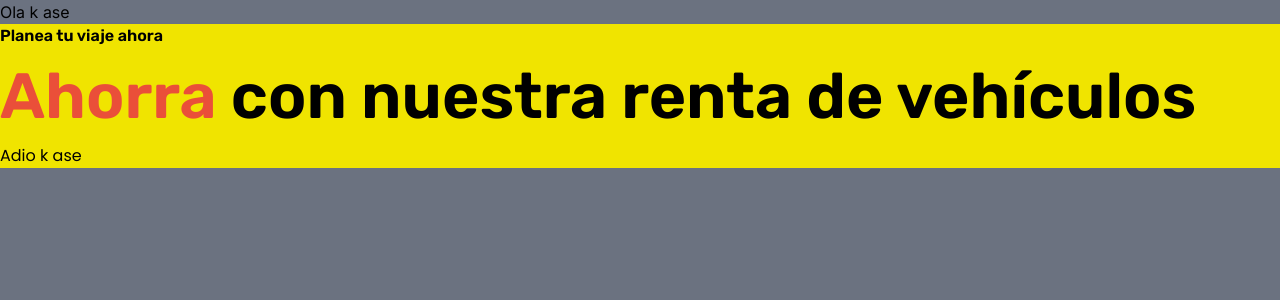
Repository: aldovelacasas/PF_RentCar2
Page: /homePage
These files come from the project's save history. The page is drawn as it stood at one moment and after the next save; the edit follows.
The browser window is 1280 px wide. The pictures show the whole page.
The project was rebuilt for these pictures with package versions that can differ from the ones it lists, and the page was loaded fresh each time. The framework's server and built-in components were replaced by stand-ins that run in the browser. Also part of the build but not shown: next.config.js.

Above is the page before, as saved 2023-08-29 18:53:31.

### src/app/layout.jsx
import "./globals.css";
import { Inter } from "next/font/google";

const inter = Inter({ subsets: ["latin"] });

export const metadata = {
  title: "Create Next App",
  description: "Generated by create next app",
};

export default function RootLayout({ children }) {
  return (
    <html lang="en">
      <body className={inter.className}>
        <h1>Ola k ase</h1>
        <div className="h-[calc(100vh-5rem)]">{children}</div>
      </body>
    </html>
  );
}

### src/app/homePage/page.jsx
import { Rubik, Poppins } from "next/font/google";

const fontRubik = Rubik({
  weight: "600",
  subsets: ["latin"],
});

const fontPoppins = Poppins({
  weight: "400",
  subsets: ["latin"],
});
const poppins = fontPoppins.className;
const rubik = fontRubik.className;

function HomePage() {
  return (
    <div className={`bg-amarillo_status ${rubik}`}>
      <p className={`${poppins.className}`}>Planea tu viaje ahora</p>
      <h1 className="text-[4em]">
        <span className="text-naranja_enf">Ahorra </span>con nuestra renta de
        vehículos
      </h1>
      <div>
        <p className={`${poppins}`}>Adio k ase</p>
      </div>
    </div>
  );
}

export default HomePage;

### src/app/api/products/[id]/route.js
import { NextResponse } from "next/server";
import {conn} from "@/libs/mysql"

export async function GET(request,{params}){
  try {
    const result = await conn.query("SELECT * FROM product WHERE id = ?", [params.id])
    if(result.length === 0 ){
        return NextResponse.json(
         {
            message: "producto no encontrado",
         },
         {
            status:404,
         }
        );
    }
    return NextResponse.json(result[0])
  } catch (error) {
    return NextResponse.json(
        {
            message:error.message,
        },
        {status: 500}
    )
  }
}

export async function DELETE (request,{params} ){
    try {
     const result = await conn.query("DELETE FROM product WHERE id = ?", [params.id]);
     if(result.affectedRows === 0){
         return NextResponse.json({message:"Producto no encontrado"},{status:404})
     }

     return new Response (null, {status: 204})
 } catch (error) {
     return NextResponse.json({message:error.message},{status:500})
 }
    }

export async  function PUT(request, {params}){
   try {
    const data = await request.json()
    const result = await conn.query("UPDATE product SET ? WHERE id = ?", [data , params.id])

    if (result.affectedRows === 0) {
        return NextResponse.json(
        {
            message: "producto no encontrado",
        },
        {
            status: 400,
        }
        )
    }
     const updateProduct = await conn.query("SELECT * FROM product WHERE id = ?", [params.id])

  return NextResponse.json(updateProduct[0])

   } catch (error) {
    return NextResponse.json(
        {
            message: error.message,
        },
        { status: 500}
    )
   }
}

### src/app/api/products/route.js
import { NextResponse } from "next/server";
import {conn} from "@/libs/mysql";

export async function GET(){
    try {
        const results = await conn.query("SELECT * FROM product");
        return NextResponse.json(results)

    } catch (error) {
        return NextResponse.json(
        {
          message: error.message,
        },
        {
            status:500,
        }

        );
    }
}

    export async function POST (request) {
  try {
    const {name, price, year, model, capacity, type, description, image, transmission,  }= await request.json();

    const result  = await conn.query("INSERT INTO product SET ?", {
        name,
        price,
        year,
        model,
        capacity,
        type,
        transmission,
        image,
        description

    })

    return NextResponse.json({
        name,
        price,
        year,
        model,
        capacity,
        type,
        transmission,
        image,
        description,
        id: result.insertId,

    })

  } catch (error) {
    console.log(error);
    return NextResponse.json(
    {
        message: error.message,
    },
    {
        status:500,
    }
    );
  }

}

### src/app/globals.css
@tailwind base;
@tailwind components;
@tailwind utilities;

body {
   @apply bg-gray-500; /* Fondo más claro */
   color: gray-800; /* Texto oscuro */
}

### tailwind.config.js
/** @type {import('tailwindcss').Config} */
module.exports = {
  content: [
    "./src/pages/**/*.{js,ts,jsx,tsx,mdx}",
    "./src/components/**/*.{js,ts,jsx,tsx,mdx}",
    "./src/app/**/*.{js,ts,jsx,tsx,mdx}",
  ],
  theme: {
    extend: {
      backgroundImage: {
        "gradient-radial": "radial-gradient(var(--tw-gradient-stops))",
        "gradient-conic":
          "conic-gradient(from 180deg at 50% 50%, var(--tw-gradient-stops))",
      },
      colors: {
        gris_fondo: "#dbdbdb",
        gris_frente: "#e9e9e9",
        negro_fondo: "#282828",
        naranja_enf: "#ea4f39",
        rojo_status: "#e30613",
        verde_status: "#4aaf4d",
        amarillo_status: "#f0e400",
      },
    },
  },
  plugins: [],
};

Loaded but not shown: src/app/api/bookings/[id]/route.js (no copy from this time; the picture is the same without it); src/app/api/bookings/route.js (no copy from this time; the picture is the same without it); src/app/api/create-payment-intent/route.js (no copy from this time; the picture is the same without it); src/app/api/post/[id]/route.js (no copy from this time; the picture is the same without it); src/app/api/post/route.js (no copy from this time; the picture is the same without it); src/app/api/users/[id]/route.js (no copy from this time; the picture is the same without it); src/app/api/users/route.js (no copy from this time; the picture is the same without it)

After the next save:
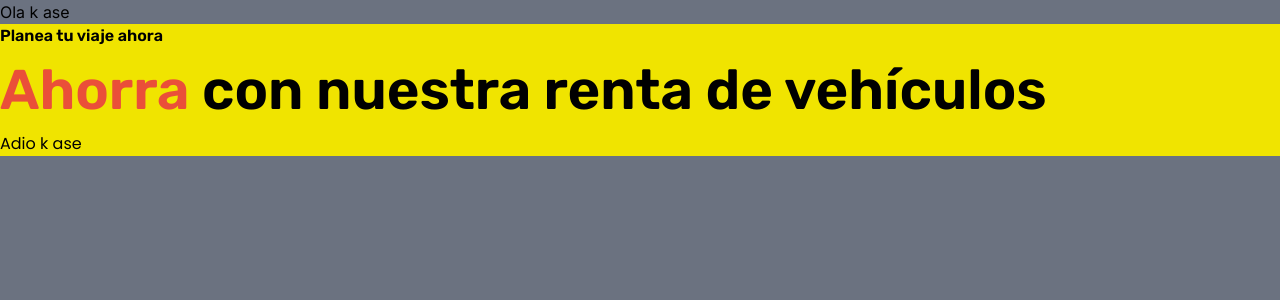
Saved 17 s later.
--- a/src/app/homePage/page.jsx
+++ b/src/app/homePage/page.jsx
@@ -16,7 +16,7 @@ function HomePage() {
   return (
     <div className={`bg-amarillo_status ${rubik}`}>
       <p className={`${poppins.className}`}>Planea tu viaje ahora</p>
-      <h1 className="text-[4em]">
+      <h1 className="text-[3.5em]">
         <span className="text-naranja_enf">Ahorra </span>con nuestra renta de
         vehículos
       </h1>
